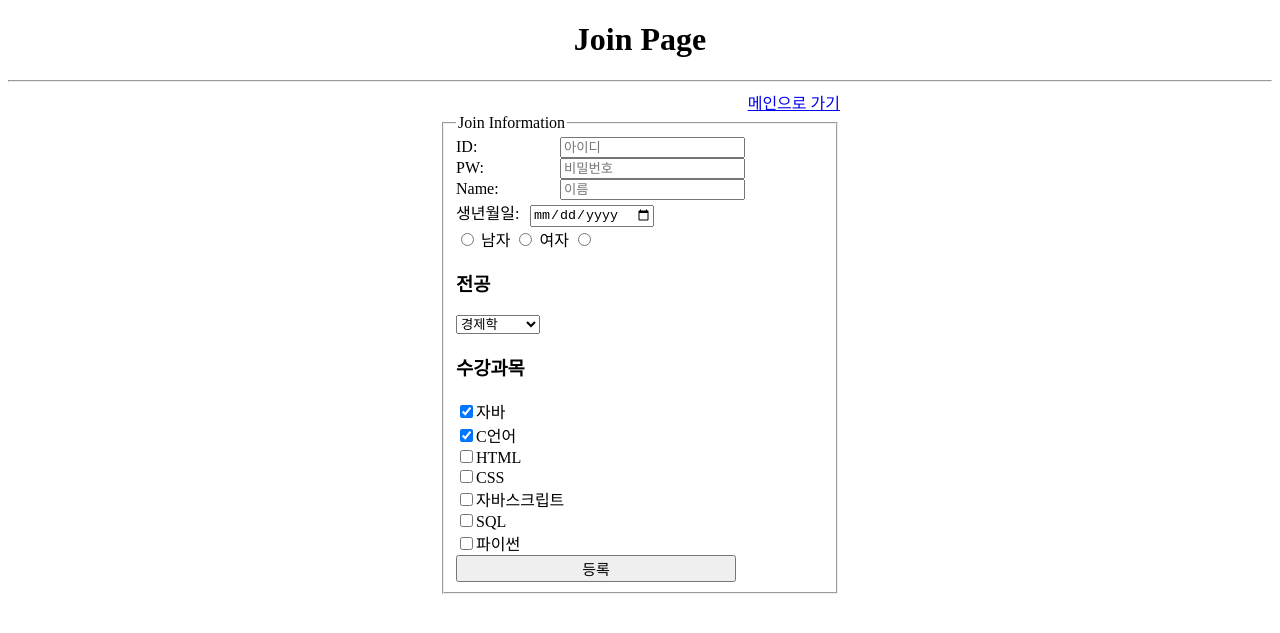
Repository: ByeonYJ/CSSTest
Page: GMSUI/WebContent/member/join.html
The author's editor kept a copy of each file at every save. The page is drawn from the files as they stood at one save, then again after the next save.
The browser window is 1280 px wide. The pictures show the whole page.

Above is the page before, as saved 2017-07-20 03:28:45.

After the next save:
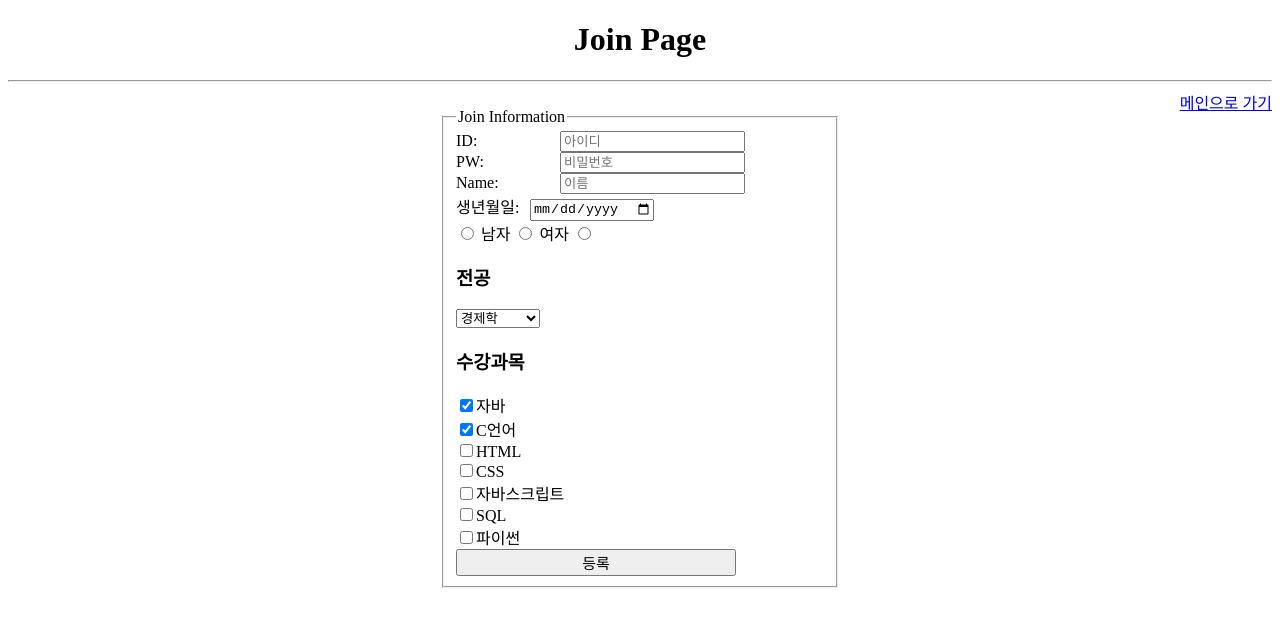
Saved 30 s later.
--- a/GMSUI/WebContent/member/join.html
+++ b/GMSUI/WebContent/member/join.html
@@ -22,7 +22,6 @@
 <div id="wrapper" class="width-100pro">
 <h1 style="text-align: center;">Join Page</h1>
 <hr/>
-<div id="container" class="margin-auto" style=" width: 400px">
 <a href="..index.html"class="float-right">메인으로 가기</a><br/>
 </div>
 <div id="container" class="margin-auto" style="width: 400px">
